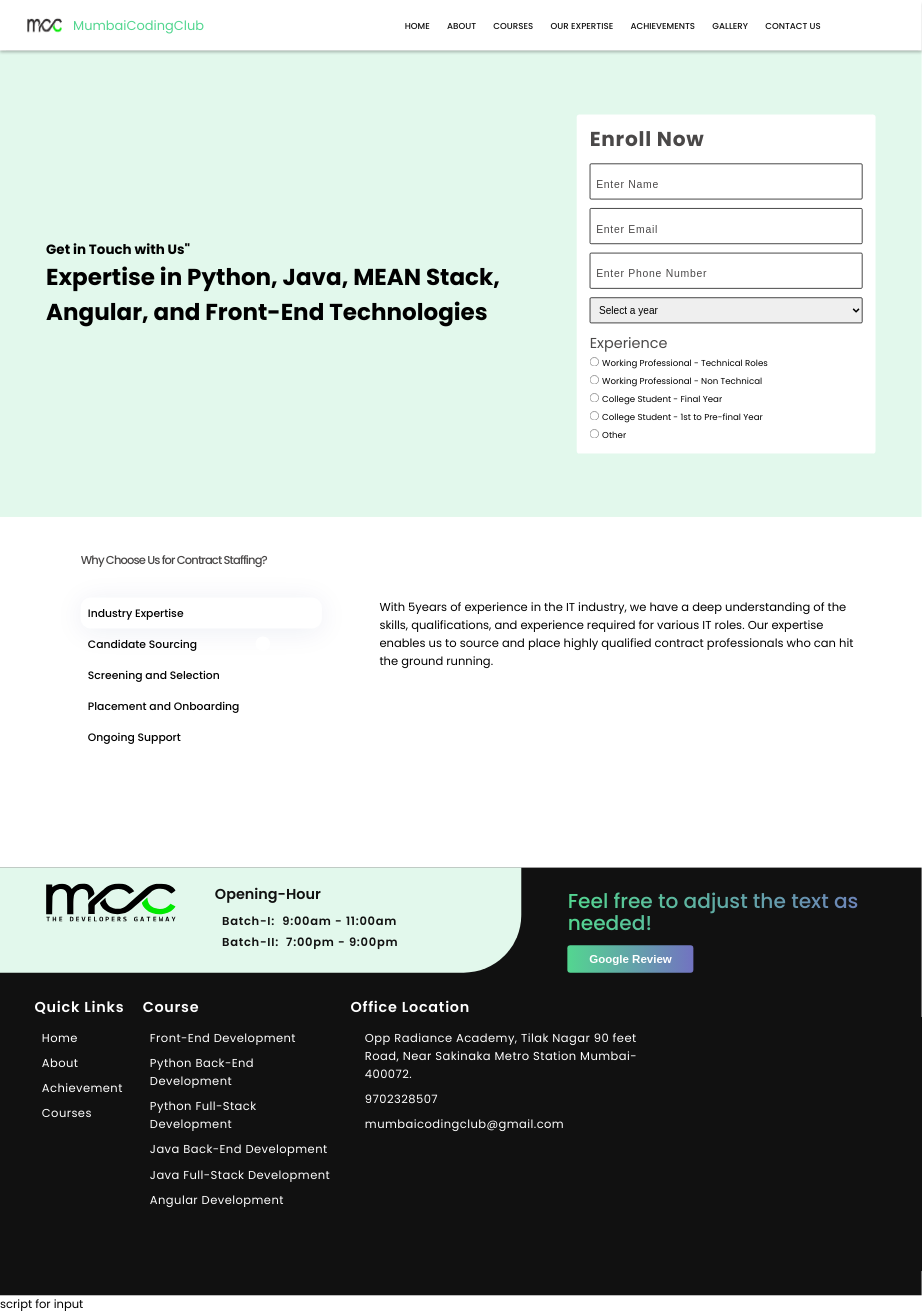
Repository: msmsa2001/mcc-theme
Page: contact.html
The author's editor kept a copy of each file at every save. The page is drawn from the files as they stood at one save, then again after the next save.
The browser window is 1280 px wide. The pictures show the whole page, at 72% of full size.
Pictures or frames that could not be fetched are drawn as grey boxes.

Above is the page before, as saved 2024-07-26 02:23:01.
Console error: TypeError: Cannot read properties of null (reading 'querySelector')

### contact.html
<!DOCTYPE html>
<html lang="en">
<head>
    <meta charset="UTF-8">
    <meta name="viewport" content="width=device-width, initial-scale=1.0">
    <title>Contact</title>
    <link rel="stylesheet" href="global.css">
    <link rel="stylesheet" href="contact.css">
</head>
<body>
    <nav>
        <div class="wrapper-nav">
            <div class="logo"><a href="index.html"><img src="assests/favicon.png" alt="">MumbaiCodingClub</a></div>
            <input type="radio" name="slider" id="menu-btn">
            <input type="radio" name="slider" id="close-btn">
            <ul class="nav-links">
                <label for="close-btn" class="btn close-btn"><i class="fas fa-times"></i></label>
                <li><a href="index.html">HOME</a></li>
                <li><a href="about.html">ABOUT</a></li>
                <li>
                    <a href="#" class="desktop-item">COURSES <i class="fa-solid fa-chevron-down"></i></a>
                    <input type="checkbox" id="showServicesDrop">
                    <label for="showServicesDrop" class="mobile-item">COURSES</label>
                    <ul class="drop-menu">
                        <li><a href="course.html">Front-End Development</a></li>
                        <li><a href="xI.html">Back-End Python Development</a></li>
                        <li><a href="xII.html">Full-Stack Python Development</a></li>
                        <li><a href="neet.html">Angular</a></li>
                        <li><a href="dropers.html">Back-End Java Development</a></li>
                        <li><a href="Integrated.html">Full-Stack Java Development</a></li>
                        <li><a href="repeater.html">MEAN</a></li>
                    </ul>
                </li>
                <li><a href="gallery.html">Our Expertise</a></li>
                <li><a href="achievement.html">ACHIEVEMENTS</a></li>
                <li><a href="gallery.html">GALLERY</a></li>
                <li><a href="contact.html">CONTACT US</a></li>
            </ul>
            <label for="menu-btn" class="btn menu-btn"><i class="fas fa-bars"></i></label>
        </div>
    </nav>

    <div class="container1">
        <div class="sec1">
            <h3>Get in Touch with Us"</h3>
            <h1>Expertise in Python, Java, MEAN Stack, Angular, and Front-End Technologies</h1>
        </div>
        <div class="sec2">
            <form action="">
                <h2>Enroll Now</h2>
                <input type="text" name="fullname" id="name" placeholder="Enter Name">
                <input type="email" name="email" id="email" placeholder="Enter Email">
                <input type="phone" name="phone" id="phone" placeholder="Enter Phone Number">
                <select id="year" name="year">
                    <option value="" disabled selected>Select a year</option>
                </select>
                <div class="experience">
                    <label id="experience">Experience</label>
                    <div class="radio-sec">
                    <input type="radio" name="experience" id="tech_role" value="Working Professional - Technical Roles">
                    <label for="">Working Professional - Technical Roles</label>
                </div>

                <div class="radio-sec">
                    <input type="radio" name="experience" id="none_tect_role" value="Working Professional - Non Technical">
                    <label for="">Working Professional - Non Technical</label>
                </div>

                <div class="radio-sec">
                    <input type="radio" name="experience" id="final_year" value="College Student - Final Year">
                    <label for="">College Student - Final Year</label>
                </div>

                <div class="radio-sec">
                    <input type="radio" name="experience" id="pre-finale_year" value="College Student - 1st to Pre-final Year">
                    <label for="">College Student - 1st to Pre-final Year</label>
                </div>
                <div class="radio-sec">
                    <input type="radio" name="experience" id="other" value="Other">
                    <label for="">Other</label>
                </div>

                </div>



            </form>
        </div>
    </div>

    <div class="container8">
        <p class="title">Why Choose Us for Contract Staffing?</p>
        <div class="inner-sec">
        <div class="sec-1">
            <div class="row1 tab-button active" data-tab="tab1" onclick="openTab('tab1')">
                <p class="content">Industry Expertise</p>
                <i class="fa-solid fa-arrow-right"></i>
            </div>
            <div class="row1 tab-button" data-tab="tab2" onclick="openTab('tab2')">
                <p class="content">Candidate Sourcing </p>
                <i class="fa-solid fa-arrow-right"></i>
            </div>
            <div class="row1 tab-button" data-tab="tab3" onclick="openTab('tab3')">
                <p class="content">Screening and Selection</p>
                <i class="fa-solid fa-arrow-right"></i>
            </div>
            <div class="row1 tab-button" data-tab="tab4" onclick="openTab('tab4')">
                <p class="content">Placement and Onboarding </p>
                <i class="fa-solid fa-arrow-right"></i>
            </div>
            <div class="row1 tab-button" data-tab="tab5" onclick="openTab('tab5')">
                <p class="content">Ongoing Support </p>
                <i class="fa-solid fa-arrow-right"></i>
            </div>
        </div>
        <div class="sec-2">
           <p id="tab1" class="tab active"> With 5years of experience in the IT industry, we have a deep understanding of the skills, qualifications, and experience required for various IT roles. Our expertise enables us to source and place highly qualified contract professionals who can hit the ground running.</p>
           <p id="tab2" class="tab">Leveraging our extensive network of IT professionals, we have access to a diverse talent pool comprising developers, engineers, analysts, project managers, and more. Whether you need temporary staff for a specific project or to cover peak workloads, we have the resources to meet your needs.</p>
           <p id="tab3" class="tab">We recognize the importance of agility and flexibility in today's fast-paced business environment. Our contract staffing solutions allow you to scale your workforce up or down quickly in response to changing business demands, without the long-term commitment of permanent hires.</p>
           <p id="tab4" class="tab">Contract staffing offers a cost-effective solution for managing fluctuating workloads and specialized projects. By hiring contract professionals on a temporary basis, you can avoid the overhead costs associated with full-time employees, such as benefits, training, and severance.</p>
           <p id="tab5" class="tab">Our streamlined recruitment process ensures a seamless experience from job requisition to candidate placement. We handle all aspects of the staffing process, including sourcing, screening, interviewing, onboarding, and payroll administration, allowing you to focus on your core business priorities.</p>
        </div>
    </div>
    </div>
    <footer>
        <div class="section1">
        <div class="content">
          <div class="sec">
            <div class="sec-logo">
            <img src="assests/logos/MCC logo.svg" alt="">
            <div class="row2">
              <i class="fa-brands fa-linkedin-in"></i>
              <i class="fa-brands fa-instagram"></i>
              <i class="fa-brands fa-x-twitter"></i>
              <i class="fa-brands fa-facebook-f"></i>
              <i class="fa-brands fa-whatsapp"></i>
            </div>
          </div>
            <div class="sec-content">
              <p>Opening-Hour</p>
              <div class="row"><i class="fa-regular fa-clock"></i> Batch-I: <span>9:00am - 11:00am </span>
              </div>
              <div class="row"><i class="fa-regular fa-clock"></i> Batch-II: <span>7:00pm - 9:00pm </span>
              </div>

            </div>
          </div>
        </div>
        <div class="google-review">
        <p>Feel free to adjust the text as needed!</p>
        <button>Google Review</button>
      </div>
      </div>

        <div class="links">
        <div class="col">
          <p>Quick Links</p>
          <ul>
            <li><a href="">Home</a></li>
            <li><a href="">About</a></li>
            <li><a href="">Achievement</a></li>
            <li><a href="">Courses</a></li>
          </ul>
        </div>

        <div class="col">
          <p>Course</p>
          <ul>
            <li><a href="">Front-End Development</a></li>
            <li><a href="">Python Back-End Development</a></li>
            <li><a href="">Python Full-Stack Development</a></li>
            <li><a href="">Java Back-End Development</a></li>
            <li><a href="">Java Full-Stack Development</a></li>
            <li><a href="">Angular Development</a></li>
          </ul>
        </div>

        <div class="col">
          <p>Office Location</p>
          <ul class="location">
            <li><a href=""><i class="fa-solid fa-location-dot"></i>
            <p>Opp Radiance Academy, Tilak Nagar 90 feet Road, Near Sakinaka Metro Station Mumbai-400072.</p></a></li>
            <li><a href=""><i class="fa-solid fa-phone"></i>9702328507</a></li>
            <li><a href=""><i class="fa-regular fa-envelope"></i>mumbaicodingclub@gmail.com</a></li>
          </ul>
        </div>
        <iframe src="https://www.google.com/maps/embed?pb=!1m18!1m12!1m3!1d7540.350352211677!2d72.88528653657487!3d19.099969516685178!2m3!1f0!2f0!3f0!3m2!1i1024!2i768!4f13.1!3m3!1m2!1s0x3be7c87a7b146d75%3A0x76380d8179575d82!2sLokmanya%20Tilak%20Nagar%2C%20Saki%20Naka%2C%20Mumbai%2C%20Maharashtra!5e0!3m2!1sen!2sin!4v1721714563501!5m2!1sen!2sin" width="300" height="400" style="border:0;" allowfullscreen="" loading="lazy" referrerpolicy="no-referrer-when-downgrade"></iframe>
      </footer>


      script for input
      <script>
        // Get all input fields
        const inputs = document.querySelectorAll('.input');

        // Add event listener to each input field
        inputs.forEach(input => {
            // When input field receives focus (typing begins)
            input.addEventListener('focus', function() {
                // Change bottom border color
                this.style.borderBottomColor = 'black';
                this.style.fontSize='12px'
            });

            // When input field loses focus (typing ends)
            input.addEventListener('blur', function() {
                // Change bottom border color back to default
                this.style.borderBottomColor = 'black';
            });
        });
    </script>

      <script>
        const startYear = 2000;
        const endYear = 2030;
        const yearDropdown = document.getElementById('year');

        for (let year = startYear; year <= endYear; year++) {
          const option = document.createElement('option');
          option.value = year;
          option.text = year;
          yearDropdown.appendChild(option);
        }
      </script>
      <script src="mcc.js"></script>
</body>
</html>

### contact.css
@import url('https://fonts.googleapis.com/css2?family=Poppins:ital,wght@0,100;0,200;0,300;0,400;0,500;0,600;0,700;0,800;0,900;1,100;1,200;1,300;1,400;1,500;1,600;1,700;1,800;1,900&display=swap');
*{
    margin: 0;
    padding: 0;
    box-sizing: border-box;
}
:root{
    --color1:#E8F7F2;
    --color2: #E2F8EC;
    --text-color:#53D690;
    --text-color2:#7273C1;
    --black-color:rgb(17, 17, 17);
    --font-size1: 20px;
    --font-size2:28px;
    --font-size3: 38px;
    --font-size4:14px;
    --font-size4:16px;
    --white-color1:#F7F1FD;
    --white-color2:rgba(255, 255, 255, 0.9);
    --black-color1:#363434e6;
}
body{
    overflow-x: hidden;
    font-family: 'poppins';
}

.container1{
    position: relative;
    background: var(--color2);
    display: flex;
    justify-content: center;
    align-items: center;
    height: 90vh;
    padding: 2rem 4rem 2rem;
    gap: 2rem;
}
.container1 .sec2 form{
    background: #fff;
    padding: 14px 18px;
    width: max-content;
    display: flex;
    flex-direction: column;
    gap: 12px;
    border-radius: 4px;
}
.container1 .sec2 form input, .container1 .sec2 form select{
    padding: 8px;
    border: 1px solid black;
    border-radius: 2px;
    font-size: 14px;
}
.container1 .sec2 form input::placeholder, .container1 .sec2 form select::placeholder,.container1 .sec2 form option{
    font-size: 14.50px;
    color: var(--black-color1);
}
.container1 .sec2 form input, .container1 .sec2 h2{
    letter-spacing: 1px;
    font-size: var(--font-size2);
    color: var(--black-color1);
}
.container1 .sec2 form .experience label{
    font-size: 12px;

}
.container1 .sec2 form #experience{
    font-size: var(--font-size1);
    color: var(--black-color1);
    margin: 15px 0;
}

.container8 {
    padding: 2.3rem 5rem 8rem 7rem;
  }
  .container8 .inner-sec {
    display: grid;
    grid-template-columns: auto auto;
    gap: 5rem;
    padding-bottom: 2rem;
  }
  .container8 .inner-sec .sec-1 .row1 {
    display: flex;
    align-items: center;
    justify-content: space-between;
    gap: 1.4rem;
    padding: 10px 4.5rem 10px 10px;
    transition: all 0.2s;
    cursor: pointer;
  }
  .container8 .inner-sec .sec-1 .row1 i {
    background-color: #fff;
    padding: 10px;
    border-radius: 50%;
    font-size: 16px;
  }
  .container8 .inner-sec .row1 .content {
    font-size: 15px;
    font-weight: 500;
    color: #000000;
  }
  .container8 .title {
    color: var(--black-color1);
    font-size: var(--titleSize);
    font-weight: 500;
    line-height: 45px;
    letter-spacing: -1.2px;
    padding: 0 2rem 30px 0;
  }
  .container8 .inner-sec .sec-2 .para {
    color: #000;
    font-size: 18px;
    line-height: 34px;
  }
  .container8 .inner-sec .sec-1 .row1:hover {
    background-color: #fff;
    border-radius: 14px;
    box-shadow: 0 4px 40px 0 rgba(1, 41, 112, 0.08);
  }
  .tab {
    display: none;
  }
  .tab.active {
    display: block;
  }
  .tab-button.active {
    box-shadow: 0 4px 40px 0 rgba(1, 41, 112, 0.08);
    background-color: #fff;
    border-radius: 14px;

  }
  .tab-button {
    cursor: pointer;
  }
  .tab-container {
    margin-bottom: 20px;
  }

Loaded but not shown: mcc.js (65 lines, source omitted); global.css (432 lines, source omitted)

After the next save:
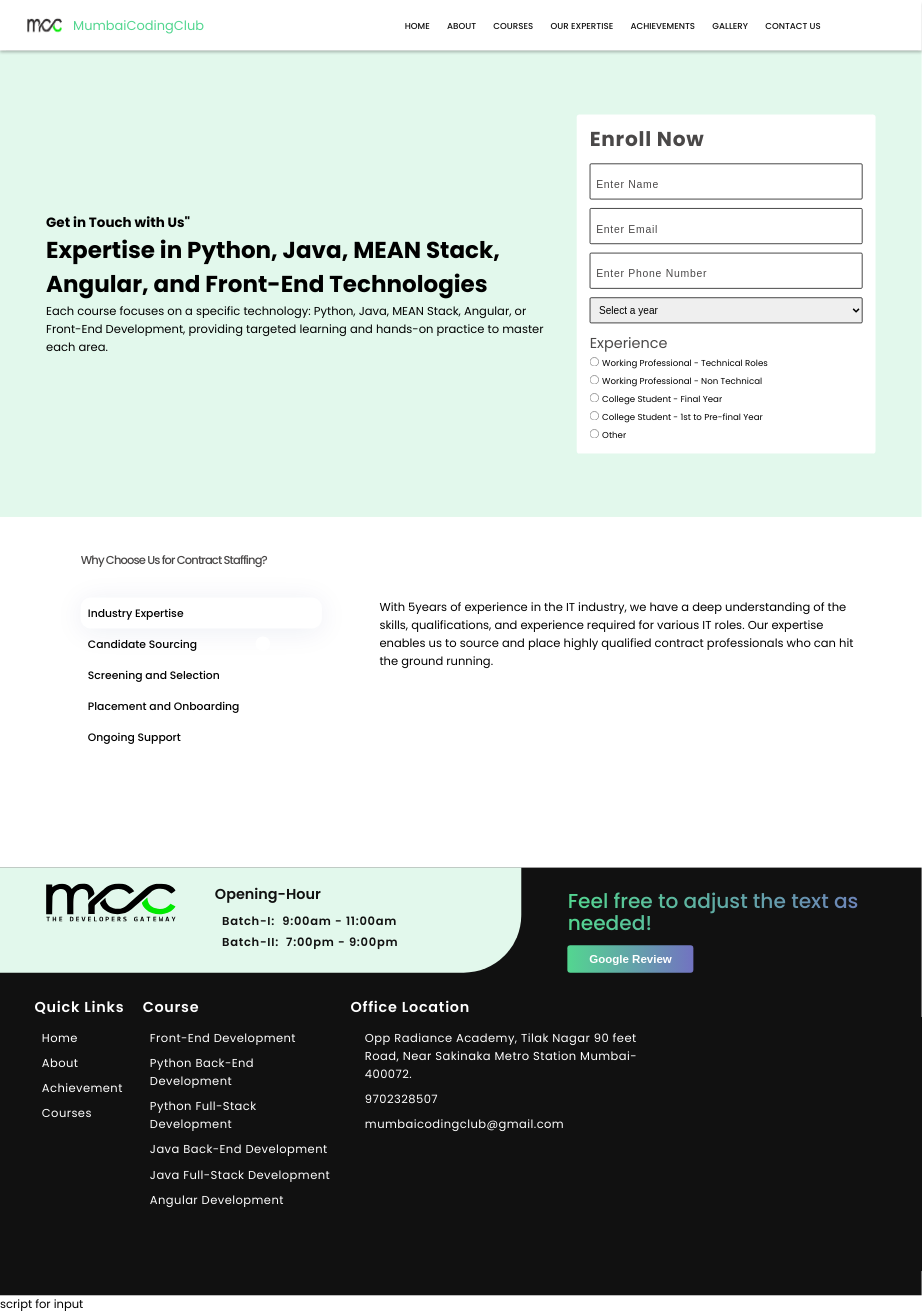
Saved 7 min 43 s later.
--- a/contact.html
+++ b/contact.html
@@ -44,6 +44,9 @@
         <div class="sec1">
             <h3>Get in Touch with Us"</h3>
             <h1>Expertise in Python, Java, MEAN Stack, Angular, and Front-End Technologies</h1>
+            <p>Each course focuses on a specific technology: Python, Java, MEAN Stack, Angular, or Front-End Development, providing targeted learning and hands-on practice to master each area.
+
+            </p>
         </div>
         <div class="sec2">
             <form action="">
